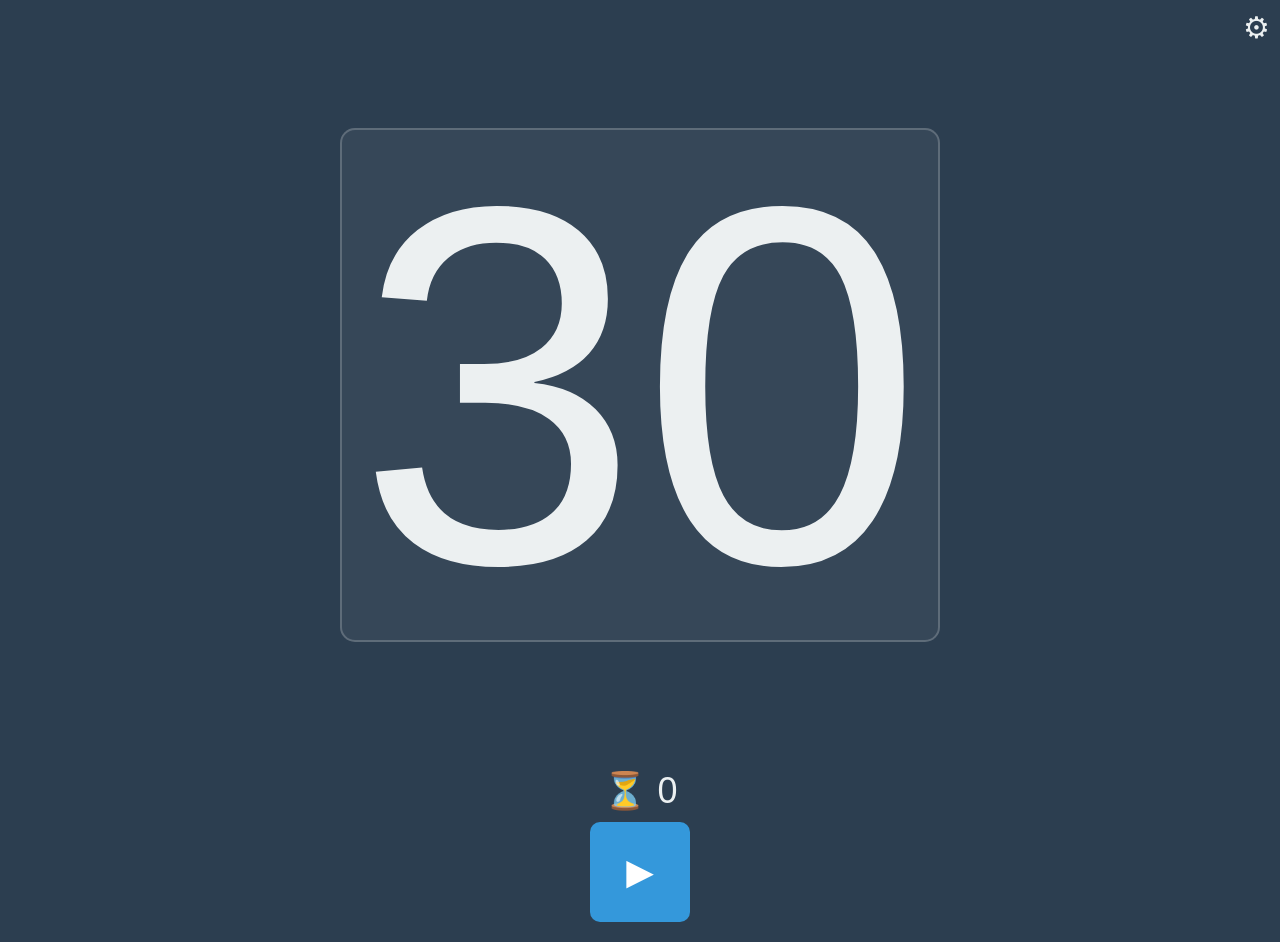
Repository: STnaidoo/poker-shot-clock
Page: index.html
An editor plug-in stored every save of this project. The page is shown before and after the next save, followed by the edit.
The browser window is 1280 px wide. The pictures show the whole page.

Above is the page before, as saved 2024-10-31 17:32:39.

After the next save:
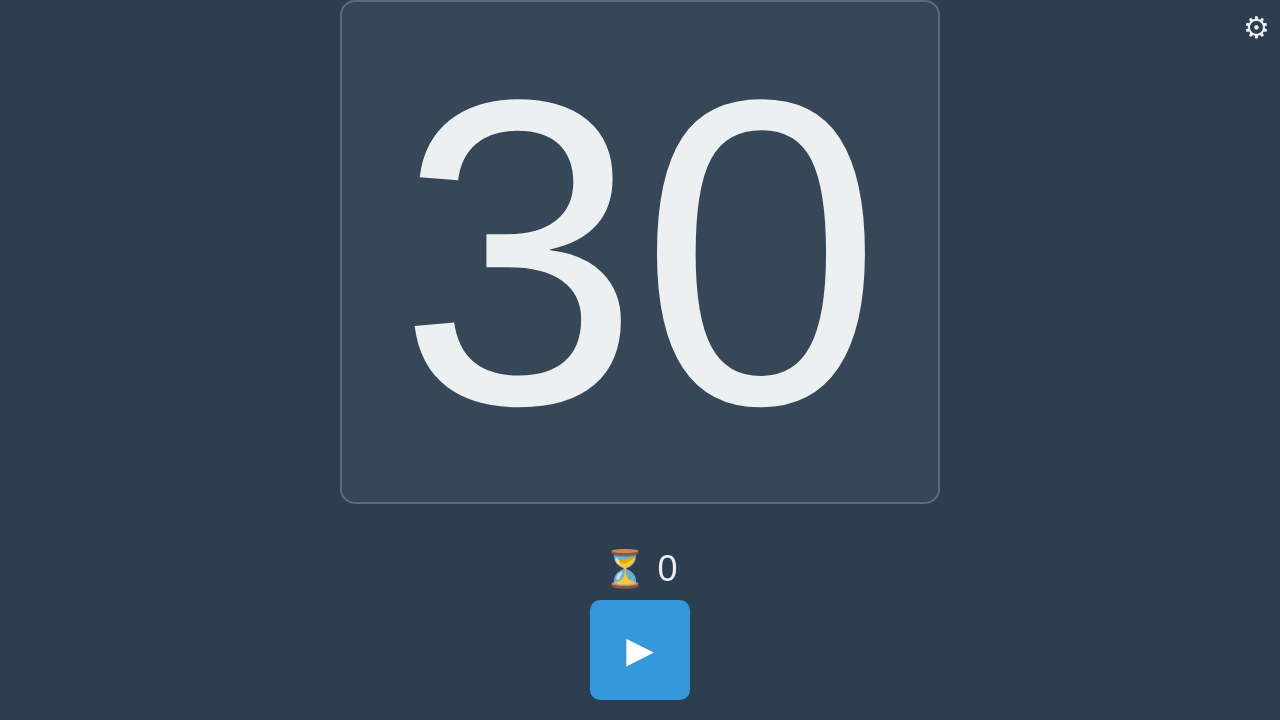
Saved 106 s later.
--- a/index.html
+++ b/index.html
@@ -26,25 +26,25 @@
         }
 
         #mainContent {
-            flex: 1;
-            display: flex;
-            align-items: center;
-            justify-content: center;
-            padding-top: 10%;
-            padding-bottom: 10%;
+            flex-shrink: 0;
+            display: flex;
+            align-items: center;
+            justify-content: center;
+            height: 70vh; /* Fixed height for timer container */
         }
 
         #timerContainer {
             position: relative;
             cursor: pointer;
             user-select: none;
-            padding: 0 10px;
+            padding: 20px;
             border-radius: 15px;
             border: 2px solid rgba(255, 255, 255, 0.2);
             background-color: rgba(255, 255, 255, 0.05);
             transition: border-color 0.3s, background-color 0.3s;
             width: 90%;
             max-width: 600px;
+            height: 100%; /* Fill the height of mainContent */
             box-sizing: border-box;
             display: flex;
             align-items: center;
@@ -121,6 +121,10 @@
 
         /* Responsive adjustments for smaller screens */
         @media (max-width: 768px) {
+            #mainContent {
+                height: 60vh; /* Adjusted height for smaller screens */
+            }
+
             #timer {
                 font-size: 80px; /* Initial smaller font size */
             }
@@ -323,16 +327,17 @@
             timerDisplay.style.lineHeight = '1';
 
             // Get the parent container dimensions
-            var containerWidth = timerContainer.clientWidth - 20; // Subtract some padding
-            var containerHeight = timerContainer.clientHeight - 20;
+            var containerWidth = timerContainer.clientWidth - 40; // Subtract padding and border
+            var containerHeight = timerContainer.clientHeight - 40;
 
             // Reduce font size until it fits
             var fontSize = 1000; // Start large
+            timerDisplay.style.fontSize = fontSize + 'px';
             var timerWidth = timerDisplay.scrollWidth;
             var timerHeight = timerDisplay.scrollHeight;
 
             while ((timerWidth > containerWidth || timerHeight > containerHeight) && fontSize > 10) {
-                fontSize -= 10;
+                fontSize -= 1;
                 timerDisplay.style.fontSize = fontSize + 'px';
                 timerWidth = timerDisplay.scrollWidth;
                 timerHeight = timerDisplay.scrollHeight;
